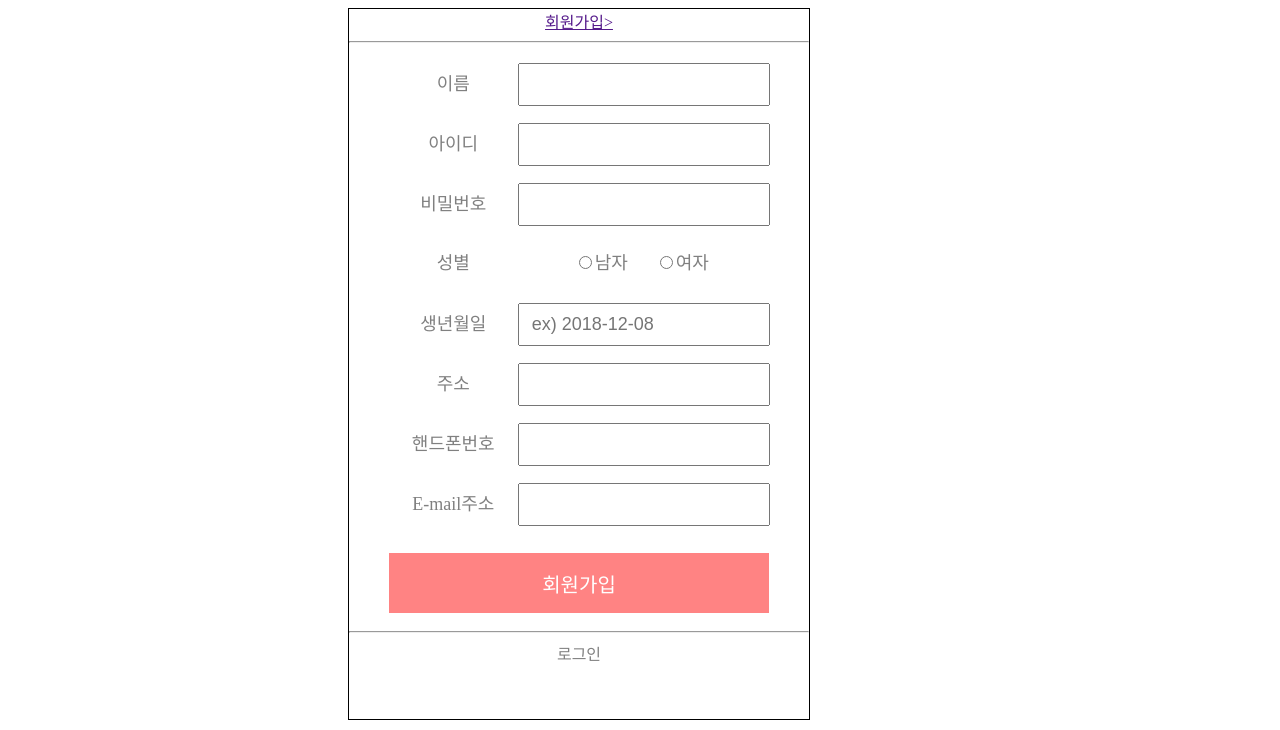
Repository: seeunOh/Webproject2018_StrongHealth
Page: http://localhost/StrongHealth/Join.jsp
An editor plug-in stored every save of this project. The page is shown before and after the next save, followed by the edit.
The browser window is 1280 px wide. The pictures show the whole page.
The page is served by Tomcat 9. Other server files are loaded and not shown.

Above is the page before, as saved 2018-12-16 07:59:32.

### StrongHealth/WebContent/Join.jsp
<%@ page language="java" contentType="text/html; charset=EUC-KR"
    pageEncoding="EUC-KR"%>
<!DOCTYPE html>
<html>
<head>
<meta charset="EUC-KR">
<title>Insert title here</title>


	<style>

		#container{
			width: 460px;
			height: 710px;
		}
		#container img{
			width: 150px;
			height: 70px;
			margin-left: auto;
			margin-right: auto;
			display: block;

		}
		#name_area, #id_area, #password_area, #sex_area, #birth_area, #address_area, #phone_area, #email_area {
			border: px gray solid;
			margin: 20px 10px;
			height: 40px;
			font-size: 18px;
			color: gray;
		}
		#item {
			border: px violet solid;
			width: 120px;
			height: 40px;
			line-height: 40px;
			display: inline-block;
		}
		#in_name, #in_id, #in_password, #in_sex, #in_birth, #in_address, #in_phone, #in_email {
			border: px green solid;
			display: inline-block;
			width: 247px;
			height: 40px;
			line-height: 40px;
		}
		#in_sex {
			text-align: center;
		}
		#text {
			width: 244px;
			height: 37px;
			font-size: 18px;
		}
		#sub{
			text-align: center;
		}
		#login_button {
			text-decoration: none;
			color: gray;
		}
		#submit {
			background-color: #FF8383;
			color: white;
			font-size: 20px;
			height: 60px;
			border: 0px;
			width: 380px;
			margin: 10px 0;
		}

#canvas{
width:460px;
height:710px;
text-align:center;
margin:0px 0px 10px 340px;
border: 1px solid black;
float:left;
}


	</style>
</head>
<body>

<div id=canvas>
	<div id="container">

		<a href="">회원가입></a>
		<hr>
		<form action="Join_check.jsp" method="post">
		<div id="name_area">
			<div id="item">이름</div>
			<div id="in_name"><input id="text" type="text" name="name" required/></div>
		</div>
		<div id="id_area">
			<div id="item">아이디</div>
			<div id="in_id"><input id="text" type="text" name="id" required/></div>
		</div>
		<div id="password_area">
			<div id="item">비밀번호</div>
			<div id="in_password"><input id="text" type="password" name="password" required/></div>
		</div>
		<div id="sex_area">
			<div id="item">성별</div>
			<div id="in_sex">
				<label><input type="radio" value="남자" name="sex" required/>남자</label>&nbsp;&nbsp;&nbsp;&nbsp;&nbsp;
				<label><input type="radio" value="여자" name="sex" required/>여자</label>
			</div>
		</div>
		<div id="birth_area">
			<div id=item>생년월일</div>
			<div id=in_birth><input id="text" type="text" name="birth" required placeholder="  ex) 2018-12-08"></div>
		</div>
				<div id="address_area">
			<div id="item">주소</div>
			<div id="in_address"><input id="text" type="text" name="address" required/></div>
		</div>
		<div id="phone_area">
			<div id="item">핸드폰번호</div>
			<div id="in_phone"><input id="text" type="tel" name="phone" required/></div>
		</div>
		<div id="email_area">
			<div id="item">E-mail주소</div>
			<div id="in_email"><input id="text" type="email" name="email"/></div>
		</div>
		<input id="submit" type="submit" value="회원가입">
		</form>
	<hr>
		<div id="sub"><a id="login_button" href="Container.jsp?selected_page=login">로그인</a></div>
	</div>
	<script type="text/javascript">

	</script>
</div>

</body>
</html>

After the next save:
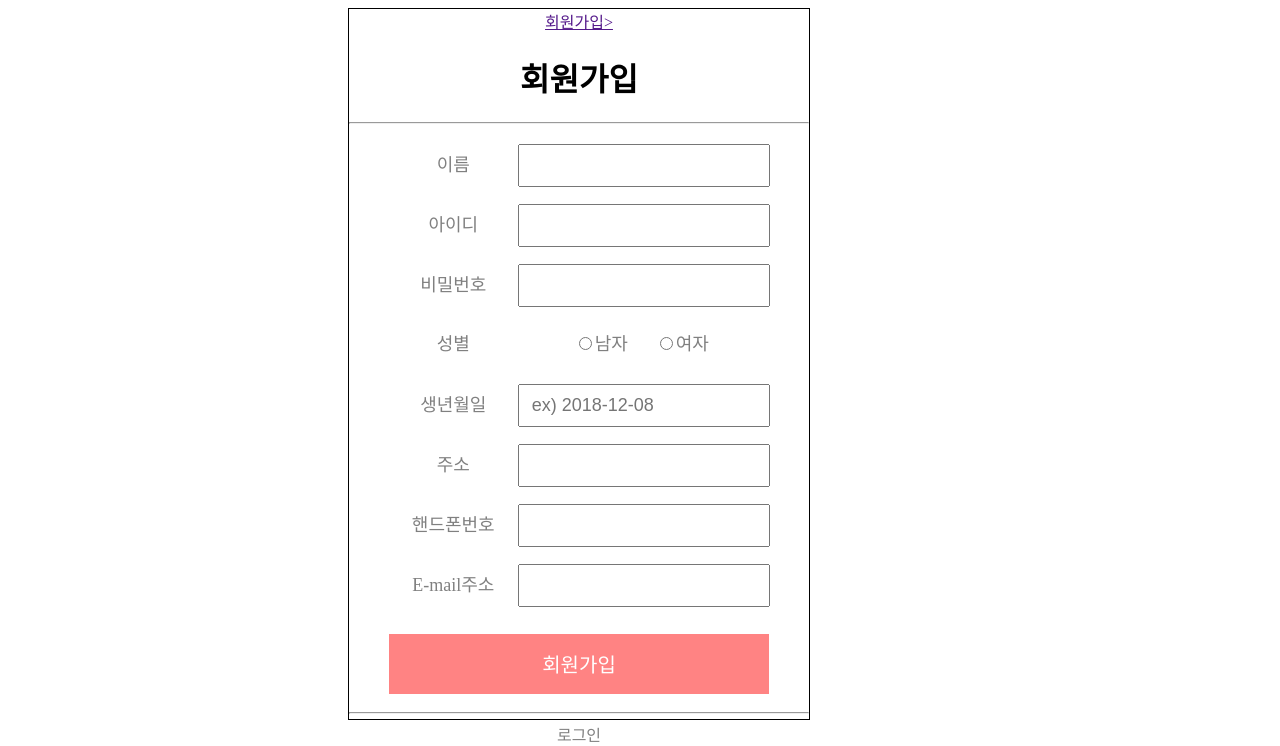
Saved 16 s later.
--- a/StrongHealth/WebContent/Join.jsp
+++ b/StrongHealth/WebContent/Join.jsp
@@ -85,6 +85,7 @@ float:left;
 	<div id="container">
 
 		<a href="">회원가입></a>
+		<h1>회원가입</h1>
 		<hr>
 		<form action="Join_check.jsp" method="post">
 		<div id="name_area">
